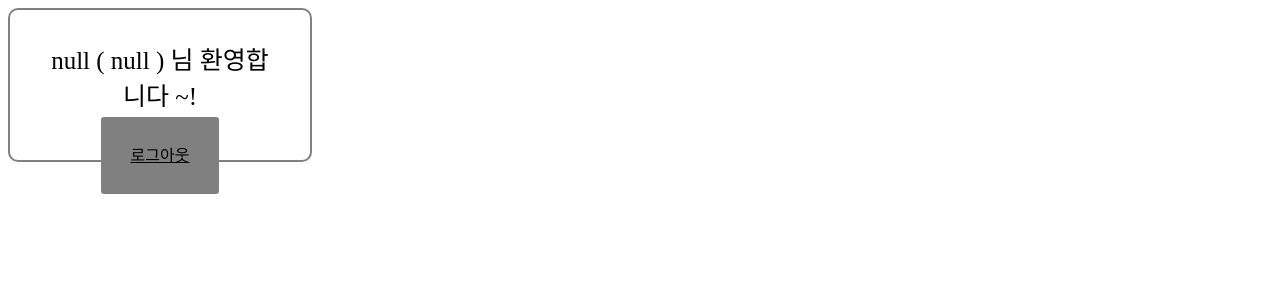
Repository: hyejux/jsp
Page: http://localhost/JSPBasic/session/session_ex01_welcom.jsp
These files come from the project's save history. The page is drawn as it stood at one moment and after the next save; the edit follows.
The browser window is 1280 px wide. The pictures show the whole page.
The page is served by Tomcat 10. Other server files are loaded and not shown.

Above is the page before, as saved 2024-06-26 05:15:56.

### JSPBasic/src/main/webapp/session/session_ex01_welcom.jsp
<%@ page language="java" contentType="text/html; charset=UTF-8"
    pageEncoding="UTF-8"%>

    <%

    String user_id = (String) session.getAttribute("user_id");
    String user_nick = (String) session.getAttribute("user_nick");

    %>

<!DOCTYPE html>
<html>
<head>
<meta charset="UTF-8">
<title>Insert title here</title>

<style>

a {
color : black;
border-radius: 3px;
margin: 5px;
background-color: grey;
padding: 30px;
}
#frame {
border: 2px solid grey;
width: 300px;
height: 150px;
border-radius: 10px;
}

#header{

text-align : center;
padding : 30px;
font-size : 25px;

}

#btn{
text-align : center;

}

</style>


</head>

<body>

<div id="frame">
<div id="header"> <%= user_id %> ( <%= user_nick %> ) 님 환영합니다 ~!</div>
<div id="btn"> <a href="session_ex01.jsp" onclick="alert('로그아웃되었습니다')"> 로그아웃 </a>
</div>
</div>


</body>
</html>

After the next save:
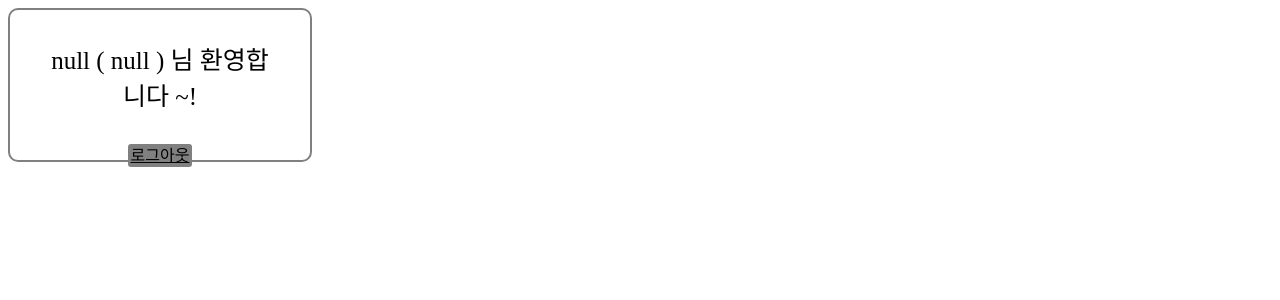
Saved 5 s later.
--- a/JSPBasic/src/main/webapp/session/session_ex01_welcom.jsp
+++ b/JSPBasic/src/main/webapp/session/session_ex01_welcom.jsp
@@ -21,7 +21,7 @@
 border-radius: 3px;
 margin: 5px;
 background-color: grey;
-padding: 30px;
+padding: 3px;
 }
 #frame {
 border: 2px solid grey;
